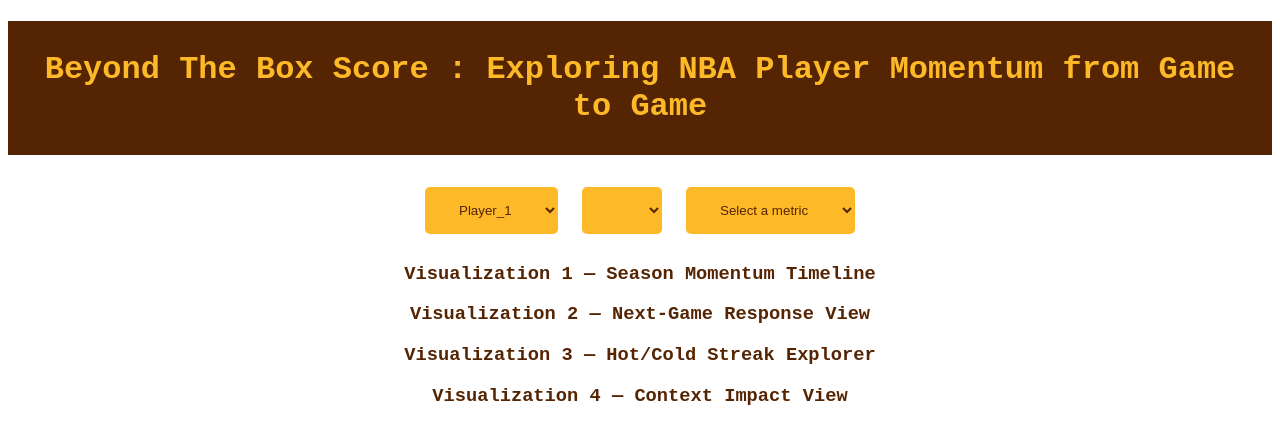
Repository: houdafatih/Data-Viz-Project
Page: index.html
The author's editor kept a copy of each file at every save. The page is drawn from the files as they stood at one save, then again after the next save.
The browser window is 1280 px wide. The pictures show the whole page.

Above is the page before, as saved 2026-06-12 14:08:22.

### index.html
<!DOCTYPE html>
<html>
   <head>
    <meta charset="UTF-8"/>
    <title>Beyond The Box Score</title>
    <link rel="stylesheet" href="style.css" >
  </head>
  <body>
     <h1>Beyond The Box Score : Exploring NBA Player Momentum from Game to Game</h1>

     <div class="selection">
        <select id="selectPlayer">
        </select>

        <select id="seasonSelect">
        </select>

        <select id="metric-select">
            <option value="">Select a metric</option>
            <option value="points">Points</option>
            <option value="fga">FGA</option>
        </select>
     </div>

     <div class="viz">
        <h3>Visualization 1 — Season Momentum Timeline</h3>
     </div>
    <div class="viz">
        <h3>Visualization 2 — Next-Game Response View</h3>
     </div>
     <div class="viz">
        <h3>Visualization 3 — Hot/Cold Streak Explorer</h3>
     </div>
     <div class="viz">
        <h3>Visualization 4 — Context Impact View</h3>
     </div>

  </body>
  <script src="https://d3js.org/d3.v7.min.js"></script>
  <script type="module" src="index.js"></script>
</html>

### style.css
body{
    padding: 0px;
}
h1{
  text-align: center;
  font-size: 2rem;
  font-family: "Courier New", Courier, monospace;
  color : #fdb927;
  background-color: #552503;
  padding: 30px;

}
.selection{
    text-align: center;
}
select{
    margin: 10px;
    padding: 15px 30px;
    border-radius: 5px;
    border: none;
    background: #fdb927;
    color:#552503;

}
select option:hover{
    background-color: #fdb927;
}
.viz{
    text-align: center;
}
h3{
    color: #552503;
    font-family: "Courier New", Courier, monospace;
}

### index.js
import {playersData} from "./scripts/utils.js";

d3.csv("data/nba.csv",d3.autoType).then(function(data){
   playersData(data)
});

### scripts/utils.js
export function playersData(data){
    const players_list = [...new Set(data.map(dt => dt.player_name))];

    d3.select("#selectPlayer").selectAll("option").data(players_list)
    .enter().append("option").attr("value",dt=>dt).text(dt => dt);
}

export function seasonData(data){
    const seasons_list = [...new Set(data.map(dt => dt.season_year))];

    d3.select("#seasonSelect").selectAll("option").data(seasons_list)
    .enter().append("option").attr("value",dt=>dt).text(dt => dt);
}

After the next save:
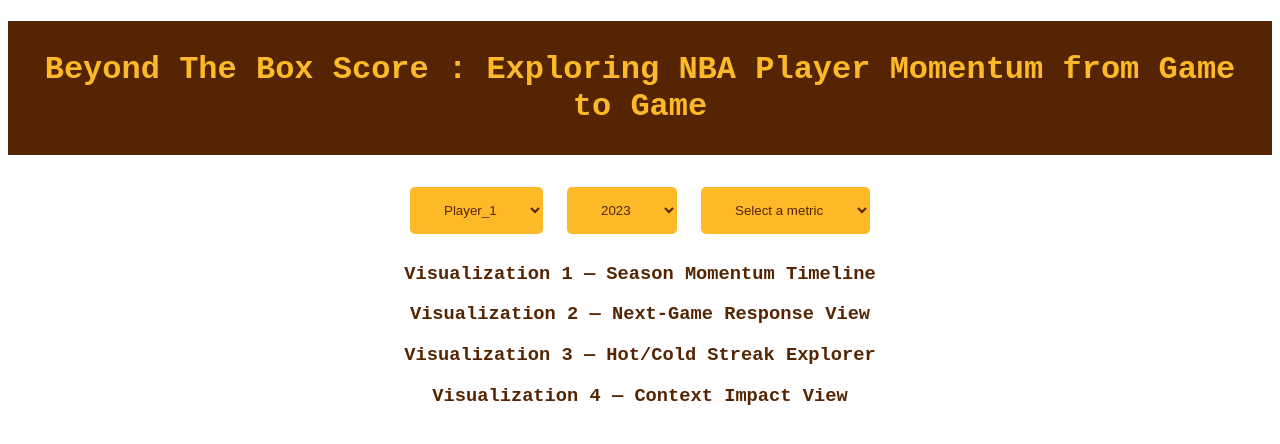
Saved 15 s later.
--- a/index.js
+++ b/index.js
@@ -1,5 +1,6 @@
-import {playersData} from "./scripts/utils.js";
+import {playersData,seasonData} from "./scripts/utils.js";
 
 d3.csv("data/nba.csv",d3.autoType).then(function(data){
-   playersData(data)
+   playersData(data);
+   seasonData(data);
 });
